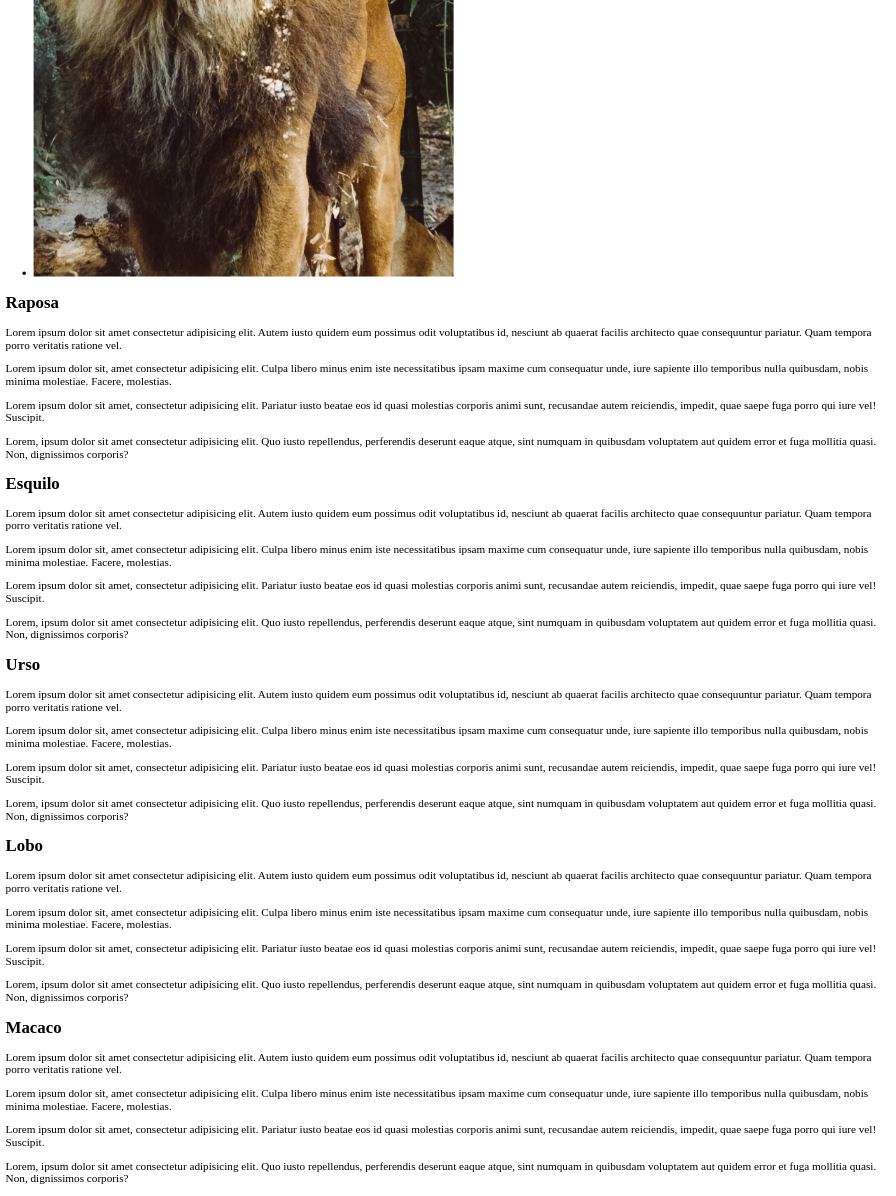
Repository: meiotera/animaisPagina
Page: index.html
These files come from the project's save history. The page is drawn as it stood at one moment and after the next save; the edit follows.
The browser window is 1280 px wide. The pictures show the part of the page from y = 4580 to 6500 px (the page is 6289 px tall before and 6548 px after), at 70% of full size.

Above is the page before, as saved 2025-05-02 09:31:19.

After the next save:
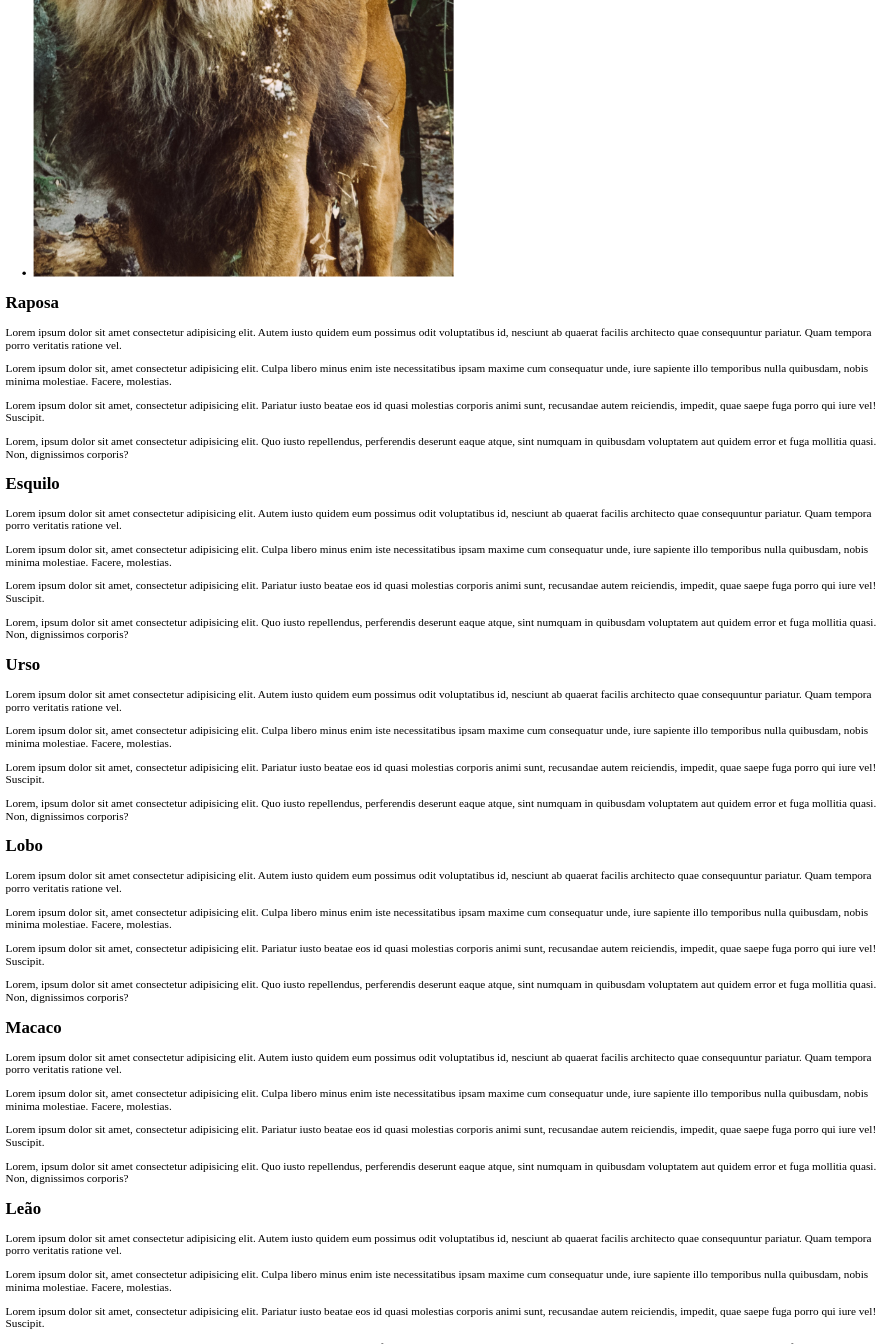
Saved 5 s later.
--- a/index.html
+++ b/index.html
@@ -72,6 +72,14 @@
         <p>Lorem ipsum dolor sit amet, consectetur adipisicing elit. Pariatur iusto beatae eos id quasi molestias corporis animi sunt, recusandae autem reiciendis, impedit, quae saepe fuga porro qui iure vel! Suscipit.</p>
         <p>Lorem, ipsum dolor sit amet consectetur adipisicing elit. Quo iusto repellendus, perferendis deserunt eaque atque, sint numquam in quibusdam voluptatem aut quidem error et fuga mollitia quasi. Non, dignissimos corporis?</p>
       </section>
+
+      <section>
+        <h2>Leão</h2>
+        <p>Lorem ipsum dolor sit amet consectetur adipisicing elit. Autem iusto quidem eum possimus odit voluptatibus id, nesciunt ab quaerat facilis architecto quae consequuntur pariatur. Quam tempora porro veritatis ratione vel.</p>
+        <p>Lorem ipsum dolor sit, amet consectetur adipisicing elit. Culpa libero minus enim iste necessitatibus ipsam maxime cum consequatur unde, iure sapiente illo temporibus nulla quibusdam, nobis minima molestiae. Facere, molestias.</p>
+        <p>Lorem ipsum dolor sit amet, consectetur adipisicing elit. Pariatur iusto beatae eos id quasi molestias corporis animi sunt, recusandae autem reiciendis, impedit, quae saepe fuga porro qui iure vel! Suscipit.</p>
+        <p>Lorem, ipsum dolor sit amet consectetur adipisicing elit. Quo iusto repellendus, perferendis deserunt eaque atque, sint numquam in quibusdam voluptatem aut quidem error et fuga mollitia quasi. Non, dignissimos corporis?</p>
+      </section>
     </div>
   </section>
   <script src="script.js"></script>
